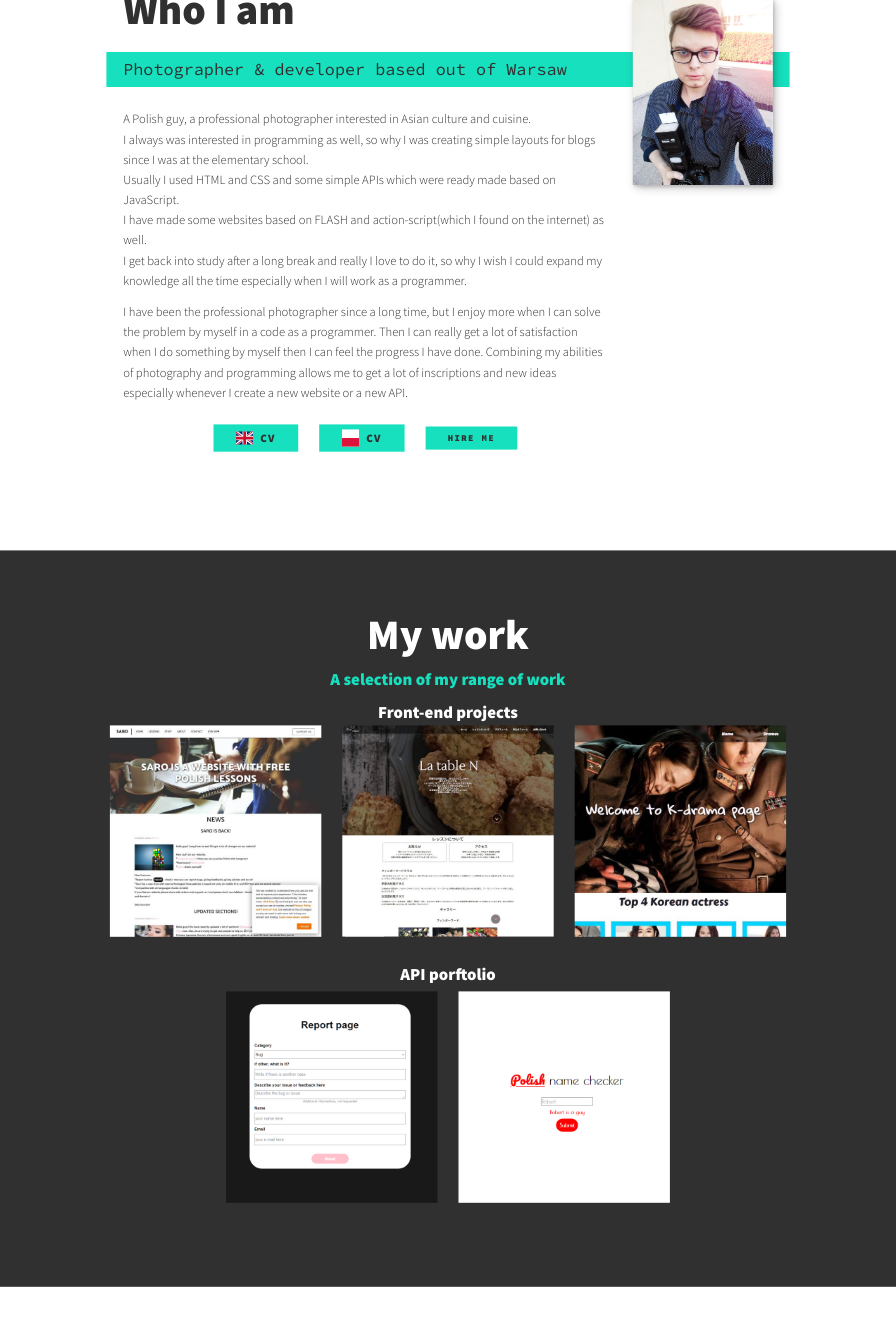
Repository: michalskirobert/michalskirobert.github.io
Page: index.html
The author's editor kept a copy of each file at every save. The page is drawn from the files as they stood at one save, then again after the next save.
The browser window is 1280 px wide. The pictures show the part of the page from y = 1476 to 3396 px (the page is 4510 px tall before and 4452 px after), at 70% of full size.
Some web libraries are served in a nearby version.

Above is the page before, as saved 2020-11-08 19:45:16.
Console error: TypeError: Cannot read properties of null (reading 'addEventListener')

### index.html
<!DOCTYPE html>
<html lang="en">

<head>
    <meta charset="UTF-8">
    <meta name="viewport" content="width=device-width, initial-scale=1.0">
    <meta name="theme-color" content="#16e0bd" />
    <meta name="apple-mobile-web-app-status-bar-style" content="#16e0bd" />

    <title>Robert Michalski</title>
    <link rel="stylesheet" href="https://cdnjs.cloudflare.com/ajax/libs/normalize/7.0.0/normalize.min.css">
    <link rel="stylesheet" href="https://cdnjs.cloudflare.com/ajax/libs/font-awesome/5.11.2/css/all.css"
        integrity="sha256-46qynGAkLSFpVbEBog43gvNhfrOj+BmwXdxFgVK/Kvc=" crossorigin="anonymous" />

    <!-- Update these with your own fonts -->
    <link href="https://fonts.googleapis.com/css?family=Source+Code+Pro:400,900|Source+Sans+Pro:300,900&display=swap"
        rel="stylesheet">

    <link rel="stylesheet" href="css/style.css">

</head>

<body>
    <header>
        <div class="logo">
            <i class="fas fa-terminal"></i>
            <p class="name"></p>
        </div>
        <button class="nav-toggle" aria-label="toggle navigation">
            <span class="hamburger"></span>
        </button>
        <nav class="nav">
            <ul class="nav__list">
                <li class="nav__item"><a href="#home" class="nav__link">Home</a></li>
                <li class="nav__item"><a href="#skills" class="nav__link">My skills</a></li>
                <li class="nav__item"><a href="#about" class="nav__link">About me</a></li>
                <li class="nav__item"><a href="#work" class="nav__link">My Work</a></li>
                <li class="nav__item"><a href="#hire-me" class="nav__link">Hire me</a></li>
            </ul>
        </nav>
    </header>

    <!-- Introduction -->
    <section class="intro" id="home">
        <h1 class="section__title section__title--intro">
            Hi, I am <strong>Robert <br>
                Michalski</strong>
        </h1>
        <p class="section__subtitle section__subtitle--intro">front-end dev</p>
        <img src="img/dev-robert.jpg" alt="a picture of me with smile :)" class="intro__img">
        <div class="button__item">
            <a href="#about" class="btn">About me</a>
        </div>
    </section>


    <!-- My skills -->
    <section class="my-skills" id="skills">
        <h2 class="section__title section__title--skills">Skills</h2>
        <div class="skills">
            <div class="skill">
                <h3>Technologies</h3>
                <p><i class="fab fa-html5"></i>(Good)</p>
                <p><i class="fab fa-css3-alt"></i>(Good)</p>
                <p><i class="fab fa-sass"></i>(Basic)</p>
                <p><i class="fab fa-js-square"></i>(ES5, ES6, jQuery, JSON - Basic)</b>
                <p><i class="fab fa-github"></i>(Basic)</p>
                <p><i class="fab fa-java"></i>(Very basic)</p>
                <h3>And little bit</h3>
                <div class="skill__row">
                    <i class="fab fa-php"></i>
                    <i class="fab fa-react"></i>
                    <i class="fab fa-node"></i>
                </div>
            </div>
            <!-- / skill -->
            <div class="skill">
                <h3>Tools</h3>
                <div class="image__item">
                    <img src="./img/visual-studio-code-1.svg" alt="Visual Studio Code" />
                    <img src="./img/intellij-idea-1.svg" alt="Inteliji IDEA" />
                    <img src="./img/adobe-xd.svg" alt="Adobe Xd" />
                    <img src="./img/adobe-photoshop-cs6.svg" alt="Adobe Photoshop" />
                    <img src="./img/lightroom-cc.svg" alt="Adobe Lightroom" />
                    <img src="./img/gsap-greensock.svg" alt="GSAP" />
                    <img src="./img/google-analytics-3.svg" alt="Google Analytics" />
                    <img src="./img/google-lighthouse.svg" alt="Google Lighthouse" />
                    <img src="./img/Npm-01.svg" alt="NPM">
                </div>
                <h3>Methods</h3>
                <p>BEM, RWD, <b>Mobile first</b>.</p>
                <p>Following the example of <span>A</span>tomic <span>D</span>esign</p>
            </div>
            <!-- / skill -->
            <div class="skill">
                <h3>Languages</h3>
                <p>Polish</p>
                <p>English</p>
                <p>Korean</p>
                <p>Japanese</p>
            </div>
            <!-- / skill -->
        </div>
        <!-- / skills -->

        <a href="#work" class="btn">My Work</a>
    </section>


    <!-- About me -->
    <section class="about-me" id="about">
        <h2 class="section__title section__title--about">Who I am</h2>
        <p class="section__subtitle section__subtitle--about">Photographer & developer based out of Warsaw</p>

        <div class="about-me__body">
            <p>A Polish guy, a professional photographer interested in Asian culture and cuisine. <br>
                I always was interested in programming as well, so why I was creating simple layouts for blogs since I
                was at the elementary school. <br>
                Usually I used HTML and CSS and some simple APIs which were ready made based on JavaScript. <br>
                I have made some websites based on FLASH and action-script(which I found on the internet) as well. <br>
                I get back into study after a long break and really I love to do it, so why I wish I could expand my
                knowledge all the time especially when I
                will work as a programmer.
            </p>
            <p>I have been the professional photographer since a long time, but I enjoy more when I can solve the
                problem by myself in a
                code
                as a programmer. Then I can really get a lot of satisfaction when I do something by myself then I can
                feel the progress I have done. Combining my abilities of photography and programming allows me to get a
                lot of inscriptions and new ideas especially whenever I create a new website or a new API. </p>
        </div>
        <img src="img/dev-robert02.jpg" alt="Photographer Robert Michalski" class="about-me__img">

        <div class="portfolio-item-individual">
            <a href="cv_en.pdf" class="btn" target="_blank"><b><img src="./img/gb.svg" width="25px" height="25px"
                        style="float: left; margin-right: 10px;">CV</b></a>
            <a href="cv.pdf" class="btn" target="_blank"><b><img src="./img/pl.svg" width="25px" height="25px"
                        style="float: left; margin-right: 10px;">CV</b></a>
            <a href="#hire-me" class="btn">Hire me</a>
        </div>
    </section>

    <!-- My Work -->
    <section class="my-work" id="work">
        <h2 class="section__title section__title--work">My work</h2>
        <p class="section__subtitle section__subtitle--work">A selection of my range of work</p>
        <h3 class="section__title section__title--work">Front-end projects</h3>
        <div class="portfolio">
            <!-- Portfolio item 01 -->
            <div class="portfolio__item">
                <img src="img/portfolio-01.jpg" alt="Saro.website - Website for people studying Polish"
                    class="portfolio__img">
                <div class="describe__item">
                    <div class="describe">
                        <h3>SARO.website</h3>
                        <p>Website was made for people studying Polish</p>
                        <b>Used technologies:</b>
                        <div class="check__item">
                            <i class="fab fa-html5"></i>
                            <i class="fab fa-sass"></i>
                            <i class="fab fa-js-square"></i>
                            <i class="fab fa-php"></i>
                        </div>
                        <div class="check__item">
                            <i class="fab fa-github"></i>
                            <a href="https://github.com/michalskirobert/SARO-2.0.2" target="_blank"><b>Source
                                    code</b></a>
                        </div>
                        <div class="check__item">
                            <i class="fas fa-server"></i>
                            <a href="https://saro.website" target="_blank"><b>Live</b></a>
                        </div>
                    </div>
                </div>
            </div>

            <!-- Portfolio item 02 -->
            <div class="portfolio__item">
                <img src="img/portfolio-02.jpg" alt="La Table N - best finger foods in Japan" class="portfolio__img">
                <div class="describe__item">
                    <div class="describe">
                        <h3>La Table N</h3>
                        <p>Website made for Japanese teacher of finger foods</p>
                        <b>Used technologies:</b>
                        <div class="check__item">
                            <i class="fab fa-html5"></i>
                            <i class="fab fa-sass"></i>
                            <i class="fab fa-js-square"></i>
                            <i class="fab fa-php"></i>
                        </div>
                        <div class="check__item">
                            <i class="fab fa-github"></i>
                            <a href="https://github.com/michalskirobert/La-Table-N" target="_blank"><b>Source
                                    code</b></a>
                        </div>
                        <div class="check__item">
                            <i class="fas fa-server"></i>
                            <a href="http://latablen.saro.website" target="_blank"><b>Live</b></a>
                        </div>
                    </div>
                </div>
            </div>

            <!-- Portfolio item 03 -->
            <div class="portfolio__item">
                <img src="img/portfolio-03.jpg" alt="Korean drama" class="portfolio__img">
                <div class="describe__item">
                    <div class="discribe">
                        <h3>Korean Drama-web</h3>
                        <p>My first project I ever made :)</p>
                        <b>Used technologies:</b>
                        <div class="check__item">
                            <i class="fab fa-html5"></i>
                            <i class="fab fa-css3-alt"></i>
                            <i class="fab fa-js-square"></i>
                        </div>
                    </div>
                    <div class="check__item">
                        <a href="https://github.com/michalskirobert/K-drama-website"><i class="fab fa-github"></i>
                            <b>Source code</b></a>
                    </div>
                    <div class="check__item">
                        <a href="https://michalskirobert.github.io/portfolio/website/01/index.html"><i
                                class="fas fa-server"></i>
                            <b>Live</b></a>
                    </div>
                </div>
            </div>
        </div>
        <h3 class="section__title section__title--work">API porftolio</h3>
        <div class="portfolio">
            <div class="portfolio__item">
                <img src="img/portfolio__api-01.jpg" alt="Report API by Robert Michalski" class="portfolio__img">
                <div class="describe__item">
                    <div class="describe">
                        <h3>Report.JS</h3>
                        <p>Website made for getting infomations about bugs from users, live you can check to click
                            report on saro.website</p>
                        <b>Used technologies:</b>
                        <div class="check__item">
                            <i class="fab fa-html5"></i>
                            <i class="fab fa-sass"></i>
                            <i class="fab fa-js-square"></i>
                            <i class="fab fa-php"></i>
                        </div>
                        <div class="check__item">
                            <a href="https://github.com/michalskirobert/report-JS" target="_blank"><i
                                    class="fab fa-github"></i>
                                <b>Source code</b></a>
                        </div>
                        <div class="check__item">
                            <a href="https://michalskirobert.github.io/portfolio/api/01/index.html" target="_blank"><i
                                    class="fas fa-server"></i>
                                <b>Live</b></a>
                        </div>
                    </div>
                </div>
            </div>

            <div class="portfolio__item">
                <img src="img/portfolio__api-02.jpg" alt="Polish Name checker by Robert Michalski"
                    class="portfolio__img">
                <div class="describe__item">
                    <div class="describe">
                        <h3>Polish name Checker API</h3>
                        <p>This API I created for people who are confused with Polish names</p>
                        <b>Used technologies:</b>
                        <div class="check__item">
                            <i class="fab fa-html5"></i>
                            <i class="fab fa-css3-alt"></i>
                            <i class="fab fa-js-square"></i>
                        </div>
                        <div class="check__item">
                            <a href="https://github.com/michalskirobert/Polish-name-checker-1.0.0" target="_blank"><i
                                    class="fab fa-github"></i>
                                <b>Source code</b></a>
                        </div>
                        <div class="check__item">
                            <a href="https://michalskirobert.github.io/portfolio/api/02/index.html" target="_blank"><i
                                    class="fas fa-server"></i>
                                <b>Live</b></a>
                        </div>
                    </div>
                </div>
            </div>
        </div>
    </section>

    <!-- Hire me -->
    <section class="hire-me" id="hire-me">
        <h2 class="section__title section__title--hireMe">Hire me</h2>
        <p class="section__subtitle section__subtitle--hireMe">Contact infomation</p>

        <div class="hire-me__body">
            <p>I would love to work remotely or work in the office based in Warsaw <br>
                My dream is having a work that I can improve and expand my programming abilities and myself in
                front-end.
            </p>
            <p>I would love to learn more about Node.JS, React.JS and even PHP - for me if I can understand more
                back-end then I can be a really good as a front-end developer
            </p>
            <form action="https://formspree.io/f/moqpdypa" method="POST">
                <h3>Contact</h3>
                <input placeholder="Name or company name" type="text" id="name" name="name" value="" required>
                <input placeholder="Email" type="email" id="email" name="email"
                    onblur="this.setAttribute('value', this.value);" value="" required>
                <textarea placeholder="Message" rows="1" id="msg" name="message" required></textarea>
                <button type="submit">Send</button>
            </form>
        </div>
        <img src="img/contact.jpg" alt="Warsaw" class="about-me__img">
    </section>

    <!-- Footer -->
    <footer class="footer">
        <a href="mailto:robertxmichalskio@gmail.com" class="footer__link">robertxmichalskio@gmail.com</a>
        <ul class="social-list">
            <!-- <li class="social-list__item">
                <a class="social-list__link" href="https://codepen.io">
                    <i class="fab fa-codepen"></i>
                </a>
            </li> -->
            <li class="social-list__item">
                <a class="social-list__link" href="https://www.linkedin.com/in/robert-michalski-3792641b3/"
                    target="_blank">
                    <i class="fab fa-linkedin"></i>
                </a>
            </li>
            <li class="social-list__item">
                <a class="social-list__link" href="https://www.facebook.com/oresamashikou/" target="_blank">
                    <i class="fab fa-facebook-square"></i>
                </a>
            </li>
            <li class="social-list__item">
                <a class="social-list__link" href="https://github.com/michalskirobert" target="_blank">
                    <i class="fab fa-github"></i>
                </a>
            </li>
        </ul>
    </footer>
    <div class="intro-slider">
        <div class="intro-text">
            <h2 class="hide">
                <span class="text">ロバート</span>
            </h2>
            <h2 class="hide">
                <span class="text">フロントエンド開発者</span>
            </h2>
            <h2 class="hide">
                <span class="text">ようこそ</span>
            </h2>
        </div>
    </div>
    <div class="slider"></div>
    <script src="https://ajax.googleapis.com/ajax/libs/jquery/3.5.1/jquery.min.js"></script>
    <script src="https://cdnjs.cloudflare.com/ajax/libs/gsap/3.5.1/gsap.min.js"
        integrity="sha512-IQLehpLoVS4fNzl7IfH8Iowfm5+RiMGtHykgZJl9AWMgqx0AmJ6cRWcB+GaGVtIsnC4voMfm8f2vwtY+6oPjpQ=="
        crossorigin="anonymous"></script>
    <script src="https://cdnjs.cloudflare.com/ajax/libs/gsap/3.4.2/ScrollTrigger.min.js"></script>
    <script src="https://formspree.io/js/formbutton-v1.min.js" defer></script>
    <script>
        window.formbutton = window.formbutton || function () { (formbutton.q = formbutton.q || []).push(arguments) };
        formbutton("create", { action: "https://formspree.io/f/moqpdypa" })
    </script>
    <script src="js/index.js"></script>
    <script src="js/animations.js"></script>
    <script src="js/mail.js"></script>
</body>

</html>

### css/reset.css
html, body, div, span, applet, object, iframe,
h1, h2, h3, h4, h5, h6, p, blockquote, pre,
a, abbr, acronym, address, big, cite, code,
del, dfn, em, img, ins, kbd, q, s, samp,
small, strike, strong, sub, sup, tt, var,
b, u, i, center,
dl, dt, dd, ol, ul, li,
fieldset, form, label, legend,
table, caption, tbody, tfoot, thead, tr, th, td,
article, aside, canvas, details, embed,
figure, figcaption, footer, header, hgroup,
menu, nav, output, ruby, section, summary,
time, mark, audio, video {
	margin: 0;
	padding: 0;
	border: 0;
	outline: 0;
	font-size: 100%;
	font: inherit;
	vertical-align: baseline;
	background: transparent;
}
/* HTML5 display-role reset for older browsers */
article, aside, details, figcaption, figure,
footer, header, hgroup, menu, nav, section {
	display: block;
}
body {
	line-height: 1;
}
ol, ul {
	list-style: none;
}
blockquote, q {
	quotes: none;
}
blockquote:before, blockquote:after,
q:before, q:after {
	content: '';
	content: none;
}
table {
	border-collapse: collapse;
	border-spacing: 0;
}

Loaded but not shown: js/animations.js (63 lines, source omitted); js/mail.js (45 lines, source omitted); js/index.js (15 lines, source omitted); css/style.css (1032 lines, source omitted)

After the next save:
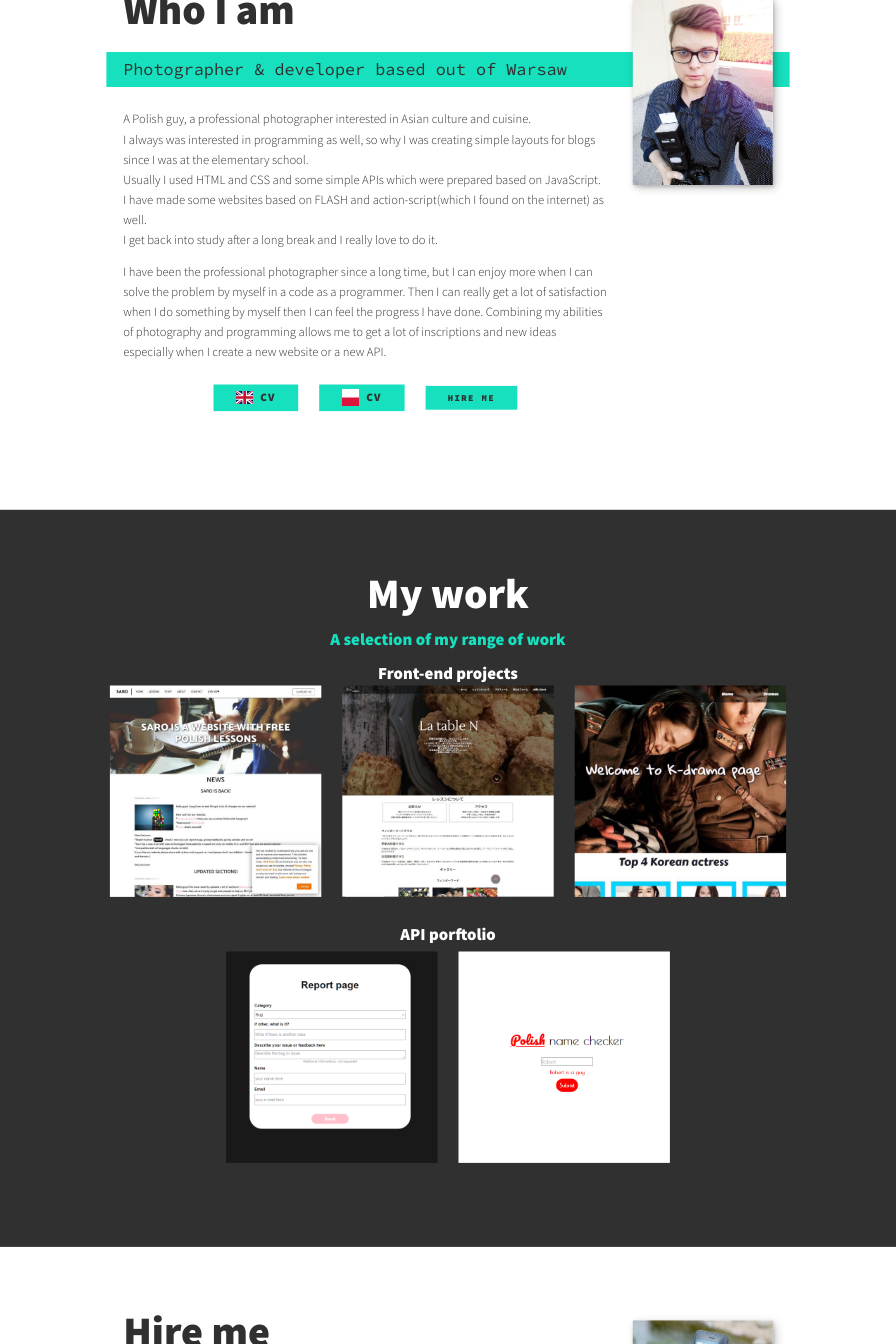
Saved 6 min 50 s later.
--- a/index.html
+++ b/index.html
@@ -116,18 +116,16 @@
             <p>A Polish guy, a professional photographer interested in Asian culture and cuisine. <br>
                 I always was interested in programming as well, so why I was creating simple layouts for blogs since I
                 was at the elementary school. <br>
-                Usually I used HTML and CSS and some simple APIs which were ready made based on JavaScript. <br>
+                Usually I used HTML and CSS and some simple APIs which were prepared based on JavaScript. <br>
                 I have made some websites based on FLASH and action-script(which I found on the internet) as well. <br>
-                I get back into study after a long break and really I love to do it, so why I wish I could expand my
-                knowledge all the time especially when I
-                will work as a programmer.
+                I get back into study after a long break and I really love to do it.
             </p>
-            <p>I have been the professional photographer since a long time, but I enjoy more when I can solve the
+            <p>I have been the professional photographer since a long time, but I can enjoy more when I can solve the
                 problem by myself in a
                 code
                 as a programmer. Then I can really get a lot of satisfaction when I do something by myself then I can
                 feel the progress I have done. Combining my abilities of photography and programming allows me to get a
-                lot of inscriptions and new ideas especially whenever I create a new website or a new API. </p>
+                lot of inscriptions and new ideas especially when I create a new website or a new API. </p>
         </div>
         <img src="img/dev-robert02.jpg" alt="Photographer Robert Michalski" class="about-me__img">
 
